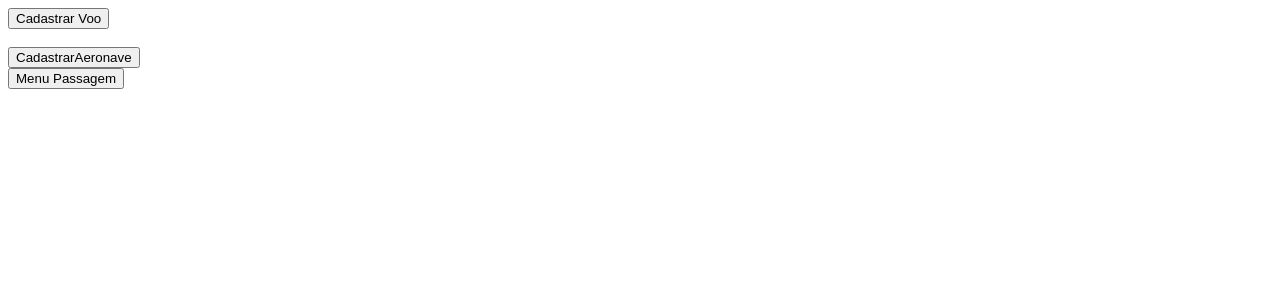
Repository: leal554/ProjetoVendaPassagemAereaWEB
Page: http://localhost/ProjetoVendaPassagemAereaWEB/Menu.jsp
The author's editor kept a copy of each file at every save. The page is drawn from the files as they stood at one save, then again after the next save.
The browser window is 1280 px wide. The pictures show the whole page.
The page is served by Tomcat 9. Other server files are loaded and not shown.

Above is the page before, as saved 2015-10-15 22:46:33.

### ProjetoVendaPassagemAereaWEB/WebContent/Menu.jsp
<%@ page language="java" contentType="text/html; charset=ISO-8859-1"
    pageEncoding="ISO-8859-1"%>
<!DOCTYPE html PUBLIC "-//W3C//DTD HTML 4.01 Transitional//EN" "http://www.w3.org/TR/html4/loose.dtd">
<html>
<head>
<meta http-equiv="Content-Type" content="text/html; charset=ISO-8859-1">
<title>Insert title here</title>
</head>
<body>
<div>
	<button type="submit" value="Submit" name="cadastrarVoo">Cadastrar Voo</button>
	</div>
	<br>
	<div>
	<button type="submit" value="Submit" name="cadastrarAeronave">CadastrarAeronave</button>
</div>
<div>
<button type="submit" value="Submit" name="menuPassagem">Menu Passagem</button>
</div>
</body>
</html>

After the next save:
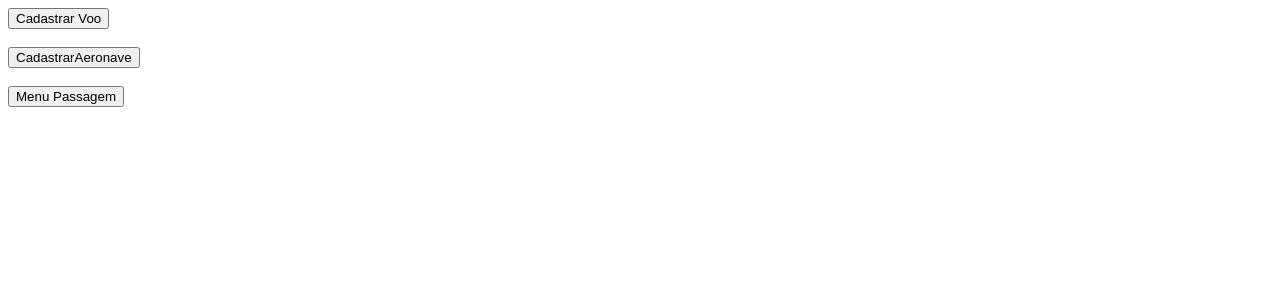
Saved 18 s later.
--- a/ProjetoVendaPassagemAereaWEB/WebContent/Menu.jsp
+++ b/ProjetoVendaPassagemAereaWEB/WebContent/Menu.jsp
@@ -7,15 +7,16 @@
 <title>Insert title here</title>
 </head>
 <body>
-<div>
-	<button type="submit" value="Submit" name="cadastrarVoo">Cadastrar Voo</button>
+	<div>
+		<button type="submit" value="Submit" name="cadastrarVoo">Cadastrar Voo</button>
 	</div>
 	<br>
 	<div>
-	<button type="submit" value="Submit" name="cadastrarAeronave">CadastrarAeronave</button>
-</div>
-<div>
-<button type="submit" value="Submit" name="menuPassagem">Menu Passagem</button>
-</div>
+		<button type="submit" value="Submit" name="cadastrarAeronave">CadastrarAeronave</button>
+	</div>
+	<br>
+	<div>
+		<button type="submit" value="Submit" name="menuPassagem">Menu Passagem</button>
+	</div>
 </body>
 </html>
